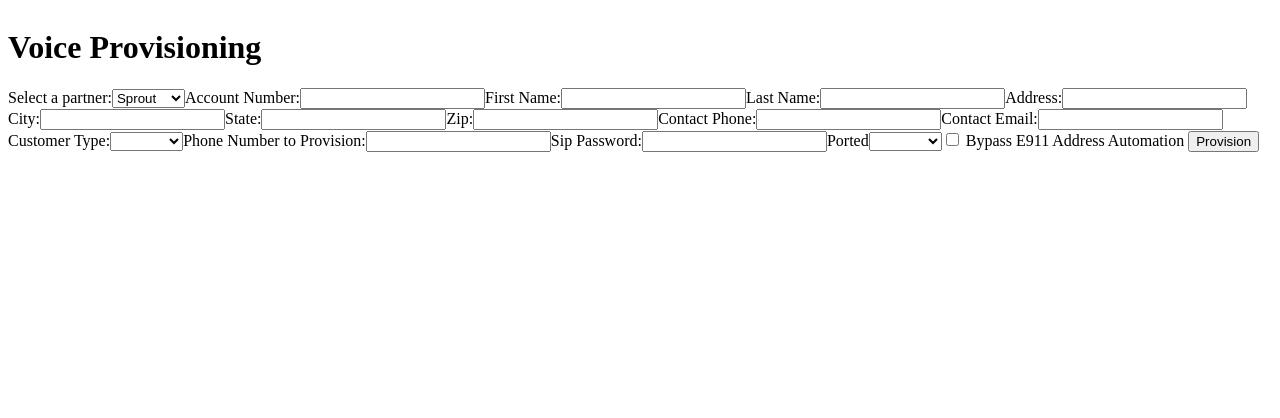
Repository: smallchungus/logiccom
Page: /
These files come from the project's save history. The page is drawn as it stood at one moment and after the next save; the edit follows.
The browser window is 1280 px wide. The pictures show the whole page.
The project was rebuilt for these pictures with package versions that can differ from the ones it lists, and the page was loaded fresh each time. Also part of the build but not shown: vite.config.ts.

Above is the page before, as saved 2023-05-04 11:01:05.

### src/App.vue
<template>

<header>
  <h1>Voice Provisioning</h1>
</header>

  <form>
    <label for="partner">Select a partner:</label>
    <select id="partner" name="partner">
      <option value="Sprout">Sprout</option>
      <option value="option2">Option 2</option>
    </select>

    <label for="accountNum">Account Number:</label>
    <input type="text" id="accountNum" name="accountNum">

    <label for="firstName">First Name:</label>
    <input type="text" id="firstName" name="firstName">

    <label for="lastName">Last Name:</label>
    <input type="text" id="lastName" name="lastName">

    <label for="address">Address:</label>
    <input type="text" id="address" name="address">

    <label for="city">City:</label>
    <input type="text" id="city" name="city">

    <label for="state">State:</label>
    <input type="text" id="state" name="state">

    <label for="zip">Zip:</label>
    <input type="text" id="zip" name="zip">

    <label for="contactPhone">Contact Phone:</label>
    <input type="text" id="contactPhone" name="contactPhone">

    <label for="contactEmail">Contact Email:</label>
    <input type="text" id="contactEmail" name="contactEmail">

    <label for="customerType">Customer Type:</label>
    <select id="customerType" name="customerType">
      <option value="Sprout"></option>
      <option value="option2">Option 2</option>
    </select>

    <label for="phoneToProv">Phone Number to Provision:</label>
    <input type="text" id="phoneToProv" name="phoneToProv">

    <label for="sipPassword">Sip Password:</label>
    <input type="text" id="sipPassword" name="sipPassword">

    <label for="ported">Ported</label>
    <select id="ported" name="ported">
      <option value=""></option>
      <option value="option2">Option 2</option>
    </select>

    <label>
      <input type="checkbox" >
      Bypass E911 Address Automation
    </label>

    <button type="submit">Provision</button>
  </form>
</template>

<style>
@media (min-width: 1024px) {
  header {
    display: flex;
    place-items: center;
    padding-right: calc(var(--section-gap) / 2);
  }

  .logo {
    margin: 0 2rem 0 0;
  }

  header .wrapper {
    display: flex;
    place-items: flex-start;
    flex-wrap: wrap;
  }
}
</style>

Loaded but not shown: index.html (common file); src/main.ts (common file)

After the next save:
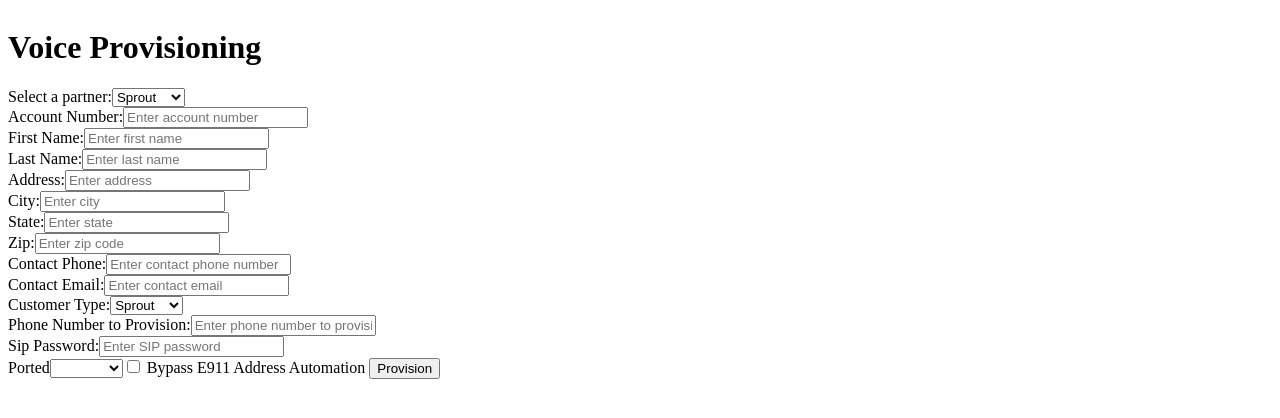
Saved 5 min 29 s later.
--- a/src/App.vue
+++ b/src/App.vue
@@ -4,51 +4,78 @@
   <h1>Voice Provisioning</h1>
 </header>
 
-  <form>
-    <label for="partner">Select a partner:</label>
-    <select id="partner" name="partner">
-      <option value="Sprout">Sprout</option>
-      <option value="option2">Option 2</option>
-    </select>
+<form>
+      <div class="form-group">
+        <label for="partner">Select a partner:</label>
+        <select id="partner" name="partner">
+          <option value="Sprout">Sprout</option>
+          <option value="option2">Option 2</option>
+        </select>
+      </div>
 
-    <label for="accountNum">Account Number:</label>
-    <input type="text" id="accountNum" name="accountNum">
+      <div class="form-group">
+        <label for="accountNum">Account Number:</label>
+        <input type="text" id="accountNum" name="accountNum" placeholder="Enter account number">
+      </div>
 
-    <label for="firstName">First Name:</label>
-    <input type="text" id="firstName" name="firstName">
+      <div class="form-group">
+        <label for="firstName">First Name:</label>
+        <input type="text" id="firstName" name="firstName" placeholder="Enter first name">
+      </div>
 
-    <label for="lastName">Last Name:</label>
-    <input type="text" id="lastName" name="lastName">
+      <div class="form-group">
+        <label for="lastName">Last Name:</label>
+        <input type="text" id="lastName" name="lastName" placeholder="Enter last name">
+      </div>
 
-    <label for="address">Address:</label>
-    <input type="text" id="address" name="address">
+      <div class="form-group">
+        <label for="address">Address:</label>
+        <input type="text" id="address" name="address" placeholder="Enter address">
+      </div>
 
-    <label for="city">City:</label>
-    <input type="text" id="city" name="city">
+      <div class="form-group">
+        <label for="city">City:</label>
+        <input type="text" id="city" name="city" placeholder="Enter city">
+      </div>
 
-    <label for="state">State:</label>
-    <input type="text" id="state" name="state">
+      <div class="form-group">
+        <label for="state">State:</label>
+        <input type="text" id="state" name="state" placeholder="Enter state">
+      </div>
 
-    <label for="zip">Zip:</label>
-    <input type="text" id="zip" name="zip">
+      <div class="form-group">
+        <label for="zip">Zip:</label>
+        <input type="text" id="zip" name="zip" placeholder="Enter zip code">
+      </div>
 
-    <label for="contactPhone">Contact Phone:</label>
-    <input type="text" id="contactPhone" name="contactPhone">
+      <div class="form-group">
+        <label for="contactPhone">Contact Phone:</label>
+        <input type="text" id="contactPhone" name="contactPhone" placeholder="Enter contact phone number">
+      </div>
 
-    <label for="contactEmail">Contact Email:</label>
-    <input type="text" id="contactEmail" name="contactEmail">
+      <div class="form-group">
+        <label for="contactEmail">Contact Email:</label>
+        <input type="text" id="contactEmail" name="contactEmail" placeholder="Enter contact email">
+      </div>
 
-    <label for="customerType">Customer Type:</label>
-    <select id="customerType" name="customerType">
-      <option value="Sprout"></option>
-      <option value="option2">Option 2</option>
-    </select>
+      <div class="form-group">
+        <label for="customerType">Customer Type:</label>
+        <select id="customerType" name="customerType">
+          <option value="Sprout">Sprout</option>
+          <option value="option2">Option 2</option>
+        </select>
+      </div>
 
-    <label for="phoneToProv">Phone Number to Provision:</label>
-    <input type="text" id="phoneToProv" name="phoneToProv">
+      <div class="form-group">
+        <label for="phoneToProv">Phone Number to Provision:</label>
+        <input type="text" id="phoneToProv" name="phoneToProv" placeholder="Enter phone number to provision">
+      </div>
 
-    <label for="sipPassword">Sip Password:</label>
-    <input type="text" id="sipPassword" name="sipPassword">
+      <div class="form-group">
+        <label for="sipPassword">Sip Password:</label>
+        <input type="text" id="sipPassword" name="sipPassword" placeholder="Enter SIP password">
+      </div>
+
 
     <label for="ported">Ported</label>
     <select id="ported" name="ported">
